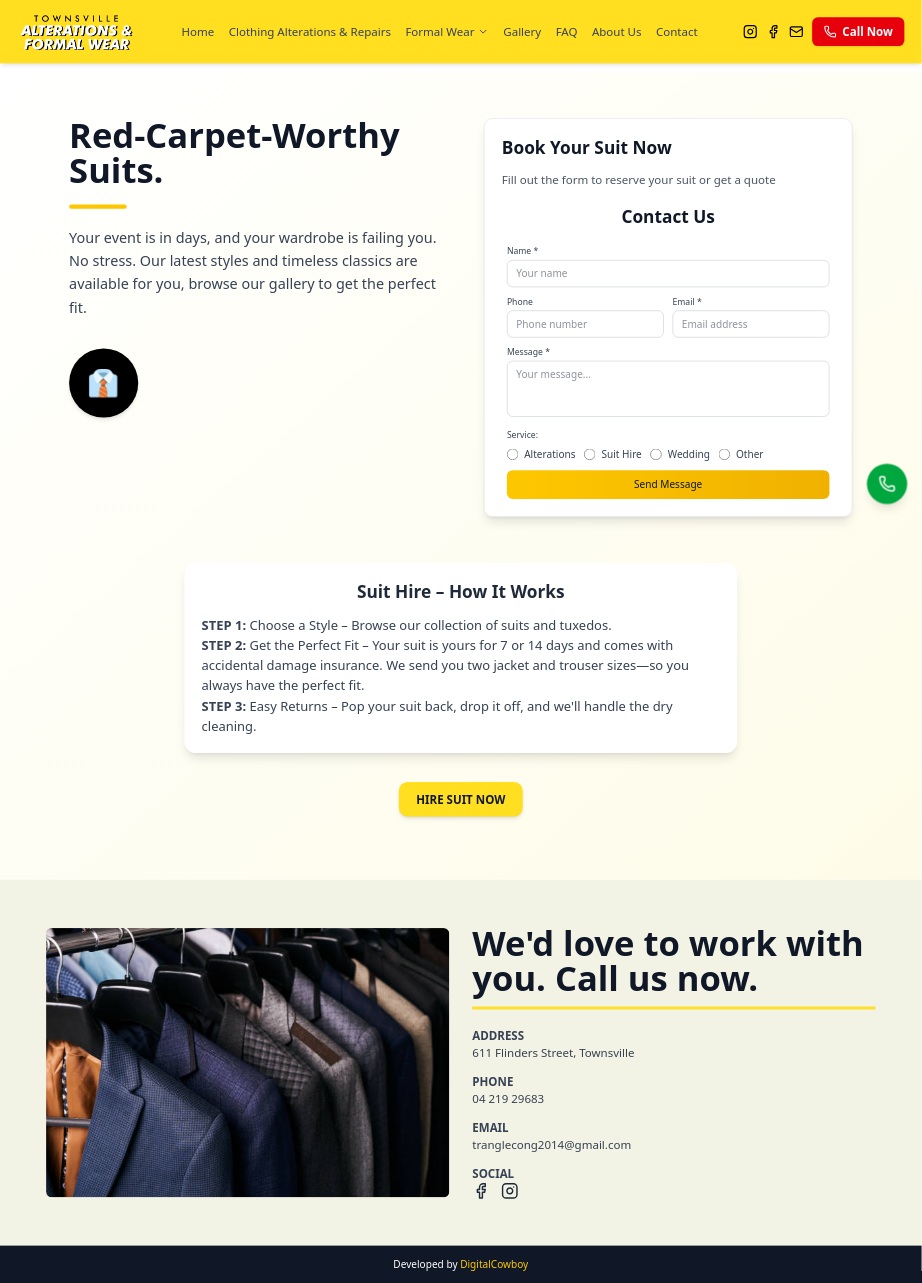
Repository: tarekhasan1/townsville-alteration
Page: /suit-hire
The author's editor kept a copy of each file at every save. The page is drawn from the files as they stood at one save, then again after the next save.
The browser window is 1280 px wide. The pictures show the whole page, at 72% of full size.
The page's requests for data from a server got no answer. The project was rebuilt for these pictures with package versions that can differ from the ones it lists, and the page was loaded fresh each time. The framework's server and built-in components were replaced by stand-ins that run in the browser. No one was signed in, and anything a server would have sent is missing. Also part of the build but not shown: next.config.ts.

Above is the page before, as saved 2026-01-31 11:08:03.

### src/app/layout.tsx
import type { Metadata } from "next";
import Script from "next/script";
import "./globals.css";
import LayoutShell from "@/components/LayoutShell";
import FloatingCallButton from "@/components/FloatingCallButton";
import AnalyticsTracker from "@/components/AnalyticsTracker";

export const metadata: Metadata = {
  title: "Townsville Alterations and Formal Wear | Tailoring, Suit Hire, Alterations",
  description:
    "Townsville Alterations and Formal Wear - Reinvent Your Wardrobe. Hire or tailor-make outfits that turn heads. Expert suit hire, bridal alterations, and tailoring in Townsville.",
  keywords:
    "Townsville Tailoring, Formal Wear Townsville, Suit Hire, Alterations, Wedding Dress Alterations, Custom Tailoring",
  authors: [{ name: "Townsville Alterations & Formal Wear" }],
  creator: "Townsville Alterations & Formal Wear",
  publisher: "Townsville Alterations & Formal Wear",
  robots: "index, follow",
  icons: "/logo.png",
};

export default function RootLayout({
  children,
}: {
  children: React.ReactNode;
}) {
  return (
    <html lang="en">
      <head>
        {/* Google Tag Manager */}
        <Script
          id="gtm-script"
          strategy="afterInteractive"
          dangerouslySetInnerHTML={{
            __html: `
              (function(w,d,s,l,i){w[l]=w[l]||[];
              w[l].push({'gtm.start': new Date().getTime(),event:'gtm.js'});
              var f=d.getElementsByTagName(s)[0],
              j=d.createElement(s),dl=l!='dataLayer'?'&l='+l:'';
              j.async=true;j.src=
              'https://www.googletagmanager.com/gtm.js?id='+i+dl;
              f.parentNode.insertBefore(j,f);
              })(window,document,'script','dataLayer','GTM-WH7KD8GK');
            `,
          }}
        />
        {/* End Google Tag Manager */}
      </head>

      <body>
        {/* Google Tag Manager (noscript) */}
        <noscript>
          <iframe
            src="https://www.googletagmanager.com/ns.html?id=GTM-WH7KD8GK"
            height="0"
            width="0"
            style={{ display: "none", visibility: "hidden" }}
          />
        </noscript>
        {/* End Google Tag Manager (noscript) */}
        <AnalyticsTracker />

        <LayoutShell>{children}</LayoutShell>

        {/* Global Floating Call Button */}
        <FloatingCallButton />
      </body>
    </html>
  );
}

### src/app/suit-hire/page.tsx
import SuitHireSection from '@/components/SuitHireSection';
import React from 'react';

const page = () => {
    return (
        <div className='pt-[100px]'>
            <SuitHireSection/>
        </div>
    );
};

export default page;

### src/app/globals.css
@import "tailwindcss";

:root {
  --background: #ffffff;
  --foreground: #171717;
}

### src/components/LayoutShell.tsx
// components/LayoutShell.tsx
'use client';

import { usePathname } from 'next/navigation';
import Navbar from '@/components/Navbar';
import ContactSection from '@/components/ContactSection';
import DevelopedBy from '@/components/DevelopedBy';

export default function LayoutShell({ children }: { children: React.ReactNode }) {
  const pathname = usePathname();
  const isAdminRoute = pathname.startsWith('/admin');

  return (
    <>
      {!isAdminRoute && <Navbar />}
      {children}
      {!isAdminRoute && (
        <>
          <ContactSection />
          <DevelopedBy />
        </>
      )}
    </>
  );
}

### src/components/FloatingCallButton.tsx
'use client';

import { Phone } from 'lucide-react';

export default function FloatingCallButton() {
  return (
    <a
      href="tel:0421929683" // <-- replace with real number
      aria-label="Call us now"
      className="
        fixed
        bottom-5
        right-5
        z-50
        flex
        items-center
        justify-center
        w-14
        h-14
        rounded-full
        bg-green-600
        text-white
        shadow-lg
        hover:bg-green-700
        active:scale-95
        transition
      "
    >
      <Phone className="w-6 h-6" />
    </a>
  );
}

### src/components/AnalyticsTracker.tsx
/* eslint-disable @typescript-eslint/no-explicit-any */
"use client";

import { usePathname } from "next/navigation";
import { useEffect } from "react";

declare global {
  interface Window {
    dataLayer: any[];
  }
}

export default function AnalyticsTracker() {
  const pathname = usePathname();

  useEffect(() => {
    if (typeof window === "undefined") return;
    if (!window.dataLayer) return;

    window.dataLayer.push({
      event: "pageview",
      page_path: pathname,
    });
  }, [pathname]);

  return null;
}

### src/components/SuitHireSection.tsx
/* eslint-disable react/no-unescaped-entities */
'use client';

import ContactForm from "@/components/ContactForm"; // Import the form

export default function SuitHireSection() {
  return (
    <section
      className="bg-gradient-to-br from-white to-yellow-50 px-6 md:px-12 lg:px-24 text-gray-800 py-16"
      aria-labelledby="suit-hire-section"
    >
      <div className="max-w-7xl mx-auto">
        {/* Top Section: Title + Form Side by Side */}
        <div className="flex flex-col lg:flex-row gap-10 lg:gap-16 items-start mb-16">
          {/* Left Column - Title & Description */}
          <div className="lg:w-1/2">
            <div className="text-center lg:text-left">
              <h2
                id="suit-hire-section"
                className="text-4xl md:text-5xl font-bold text-gray-900"
                aria-describedby="suit-hire-description"
              >
                Red-Carpet-Worthy Suits.
              </h2>
              <hr className="w-20 border-yellow-400 border-[3px] mx-auto lg:mx-0 my-6 rounded-full" />
              <p
                id="suit-hire-description"
                className="text-lg md:text-xl text-gray-700 leading-relaxed"
              >
                Your event is in days, and your wardrobe is failing you. No stress.
                Our latest styles and timeless classics are available for you, browse
                our gallery to get the perfect fit.
              </p>
            </div>

            {/* Suit Icon */}
            <div className="flex justify-center lg:justify-start my-10" role="img" aria-label="Suit icon">
              <div className="w-24 h-24 bg-black rounded-full flex items-center justify-center shadow-md">
                <span className="text-white text-4xl">👔</span>
              </div>
            </div>
          </div>

          {/* Right Column - Contact Form */}
          <div className="lg:w-1/2">
            <div className="bg-white p-6 rounded-xl shadow-lg border border-gray-200">
              <h3 className="text-2xl font-bold text-gray-900 mb-4 text-center lg:text-left">
                Book Your Suit Now
              </h3>
              <p className="text-gray-600 mb-6 text-center lg:text-left">
                Fill out the form to reserve your suit or get a quote
              </p>
              <ContactForm />
            </div>
          </div>
        </div>

        {/* How It Works Section */}
        <div
          className="bg-white shadow-lg rounded-2xl p-6 max-w-3xl mx-auto text-left space-y-4 text-gray-700 text-base md:text-lg"
          aria-labelledby="how-it-works-title"
        >
          <h3
            id="how-it-works-title"
            className="text-2xl font-semibold text-gray-800 text-center"
          >
            Suit Hire – How It Works
          </h3>
          <div>
            <p>
              <strong>STEP 1:</strong> Choose a Style – Browse our collection of suits and tuxedos.
            </p>
            <p>
              <strong>STEP 2:</strong> Get the Perfect Fit – Your suit is yours for 7 or 14 days and comes with accidental damage insurance. We send you two jacket and trouser sizes—so you always have the perfect fit.
            </p>
            <p>
              <strong>STEP 3:</strong> Easy Returns – Pop your suit back, drop it off, and we'll handle the dry cleaning.
            </p>
          </div>
        </div>

        <div className="flex justify-center mt-10">
          <a
            href="mailto:tranglecong2014@gmail.com?subject=Suit Hire Inquiry"
            className="bg-yellow-300 text-gray-900 font-semibold hover:bg-yellow-400 transition px-6 py-3 rounded-xl shadow-md mb-6"
            aria-label="Hire a suit now via email"
          >
            HIRE SUIT NOW
          </a>
        </div>
      </div>
    </section>
  );
}

### src/components/ContactSection.tsx
'use client';

import Image from 'next/image';
import { Facebook, Instagram } from 'lucide-react';

export default function ContactSection() {
  return (
    <footer
      id="contact"
      aria-labelledby="contact-us"
      className="bg-[#f2f2e5] p-8 md:p-12 lg:p-16"
    >
      <div className="mx-auto grid grid-cols-1 md:grid-cols-2 gap-8 items-center">
        <div className="w-full h-auto relative">
          <Image
            src="/tailored-suit.jpg"
            alt="Tailored suits on hangers"
            width={600}
            height={400}
            className="rounded-lg"
            priority
          />
        </div>
        <div className="space-y-6 text-center md:text-left">
          <h2
            id="contact-us"
            className="text-4xl md:text-5xl font-bold text-gray-900 mb-4"
          >
            We&apos;d love to work with you. Call us now.
          </h2>
          <hr className="border-yellow-300 border-[2px]" />
          <div className="space-y-4 text-gray-700">
            <div>
              <h3 className="font-semibold">ADDRESS</h3>
              <p>611 Flinders Street, Townsville</p>
            </div>
            <div>
              <h3 className="font-semibold">PHONE</h3>
              <p>04 219 29683</p>
            </div>
            <div>
              <h3 className="font-semibold">EMAIL</h3>
              <p>
                <a
                  href="mailto:tranglecong2014@gmail.com"
                  className="hover:text-gray-600"
                  aria-label="Email us at sales@tsvalterationsandformalwear.com"
                >
                  tranglecong2014@gmail.com
                </a>
              </p>
            </div>
            <div>
              <h3 className="font-semibold">SOCIAL</h3>
              <div className="flex justify-center md:justify-start space-x-4 text-xl">
                <a
                  target="_blank"
                  href="https://www.facebook.com/DressmakingAlterationsTownsville"
                  aria-label="Facebook - Townsville Alterations and Formal Wear"
                  className="text-gray-800 hover:text-gray-600"
                >
                  <Facebook size={24} />
                </a>
                <a
                  target="_blank"
                  href="https://www.instagram.com/tsvalterationformal?igsh=bXJkaXp3eXN4Yml2"
                  aria-label="Instagram - Townsville Alterations and Formal Wear"
                  className="text-gray-800 hover:text-gray-600"
                >
                  <Instagram size={24} />
                </a>
              </div>
            </div>
          </div>
        </div>
      </div>
    </footer>
  );
}

### src/components/DevelopedBy.tsx
// components/DevelopedBy.js

import React from 'react';

const DevelopedBy = () => {
  return (
    <footer className="bg-gray-900 text-white text-center py-4">
      <p className="text-sm">
        Developed by{' '}
        <a
          href="https://digitalcowboy.com.au"
          className="text-yellow-400 hover:underline"
          target="_blank"
          rel="noopener noreferrer"
        >
          DigitalCowboy
        </a>
      </p>
    </footer>
  );
};

export default DevelopedBy;

### actions/contact.action.ts
/* eslint-disable @typescript-eslint/no-explicit-any */
/* eslint-disable @typescript-eslint/no-unused-vars */
// lib/contact.actions.ts
'use client';

import {
  collection,
  addDoc,
  getDocs,
  query,
  orderBy,
  where,
  Timestamp,
  updateDoc,
  doc,
  deleteDoc,
  DocumentData,
  QuerySnapshot,
  QueryDocumentSnapshot
} from "firebase/firestore";
import { db } from "@/firebase/config";

export interface ContactMessage {
  id?: string;
  name: string;
  email: string;
  phone: string;
  message: string;
  service?: string;
  status: 'new' | 'responded' | 'archived';
  createdAt: Date;
  respondedAt?: Date;
  adminNotes?: string;
  adminResponder?: string;
}

export interface SubmitContactFormData {
  name: string;
  email: string;
  phone: string;
  message: string;
  service?: string;
}

export interface SubmitResult {
  success: boolean;
  messageId?: string;
  error?: string;
}

export interface FetchMessagesResult {
  messages: ContactMessage[];
  total: number;
}

export interface UpdateMessageData {
  status?: 'new' | 'responded' | 'archived';
  adminNotes?: string;
  adminResponder?: string;
}

// Submit contact form data to database
export const submitContactForm = async (data: SubmitContactFormData): Promise<SubmitResult> => {
  try {
    const messagesRef = collection(db, 'messages');

    const messageData = {
      name: data.name.trim(),
      email: data.email.trim(),
      phone: data.phone?.trim() || '',
      message: data.message.trim(),
      service: data.service?.toLowerCase() || '',
      status: 'new' as const,
      createdAt: Timestamp.now(),
      respondedAt: null,
      adminNotes: '',
      adminResponder: ''
    };

    const docRef = await addDoc(messagesRef, messageData);

    return {
      success: true,
      messageId: docRef.id
    };
  } catch (error) {
    console.error('Error submitting contact form:', error);
    return {
      success: false,
      error: error instanceof Error ? error.message : 'Failed to submit form'
    };
  }
};

// Fetch all messages with optional filtering and sorting
export const fetchMessages = async (
  status?: ContactMessage['status'],
  limit?: number,
  sortBy: 'createdAt' | 'name' = 'createdAt',
  sortOrder: 'asc' | 'desc' = 'desc'
): Promise<FetchMessagesResult> => {
  try {
    const messagesRef = collection(db, 'messages');
    let q = query(messagesRef, orderBy(sortBy, sortOrder));

    if (status) {
      q = query(messagesRef, where('status', '==', status), orderBy(sortBy, sortOrder));
    }

    const snapshot = await getDocs(q);
    let messages = snapshot.docs.map(doc => {
      const data = doc.data();
      return {
        id: doc.id,
        name: data.name,
        email: data.email,
        phone: data.phone,
        message: data.message,
        service: data.service,
        status: data.status,
        createdAt: data.createdAt?.toDate() || new Date(),
        respondedAt: data.respondedAt?.toDate(),
        adminNotes: data.adminNotes,
        adminResponder: data.adminResponder
      };
    });

    if (limit) {
      messages = messages.slice(0, limit);
    }

    return {
      messages,
      total: snapshot.size
    };
  } catch (error) {
    console.error('Error fetching messages:', error);
    throw new Error('Failed to fetch messages');
  }
};

// Fetch a single message by ID
export const fetchMessageById = async (id: string): Promise<ContactMessage | null> => {
  try {
    const messagesRef = collection(db, 'messages');
    const q = query(messagesRef, where('__name__', '==', id));
    const snapshot = await getDocs(q);

    if (snapshot.empty) {
      return null;
    }

    const doc = snapshot.docs[0];
    const data = doc.data();

    return {
      id: doc.id,
      name: data.name,
      email: data.email,
      phone: data.phone,
      message: data.message,
      service: data.service,
      status: data.status,
      createdAt: data.createdAt?.toDate() || new Date(),
      respondedAt: data.respondedAt?.toDate(),
      adminNotes: data.adminNotes,
      adminResponder: data.adminResponder
    };
  } catch (error) {
    console.error('Error fetching message:', error);
    throw new Error('Failed to fetch message');
  }
};

// Update message (admin response)
export const updateMessage = async (
  messageId: string,
  updateData: UpdateMessageData
): Promise<boolean> => {
  try {
    const messageRef = doc(db, 'messages', messageId);

    const updateObject: any = {};

    if (updateData.status) {
      updateObject.status = updateData.status;
      if (updateData.status === 'responded') {
        updateObject.respondedAt = Timestamp.now();
      }
    }

    if (updateData.adminNotes !== undefined) {
      updateObject.adminNotes = updateData.adminNotes;
    }

    if (updateData.adminResponder !== undefined) {
      updateObject.adminResponder = updateData.adminResponder;
    }

    await updateDoc(messageRef, updateObject);
    return true;
  } catch (error) {
    console.error('Error updating message:', error);
    throw new Error('Failed to update message');
  }
};

// Mark message as responded
export const markAsResponded = async (
  messageId: string,
  adminName: string,
  adminNotes?: string
): Promise<boolean> => {
  try {
    const messageRef = doc(db, 'messages', messageId);

    await updateDoc(messageRef, {
      status: 'responded',
      respondedAt: Timestamp.now(),
      adminResponder: adminName,
      adminNotes: adminNotes || ''
    });

    return true;
  } catch (error) {
    console.error('Error marking message as responded:', error);
    throw new Error('Failed to mark message as responded');
  }
};

// Delete message
export const deleteMessage = async (messageId: string): Promise<boolean> => {
  try {
    const messageRef = doc(db, 'messages', messageId);
    await deleteDoc(messageRef);
    return true;
  } catch (error) {
    console.error('Error deleting message:', error);
    throw new Error('Failed to delete message');
  }
};

// Archive message
export const archiveMessage = async (messageId: string): Promise<boolean> => {
  try {
    return await updateMessage(messageId, { status: 'archived' });
  } catch (error) {
    console.error('Error archiving message:', error);
    throw new Error('Failed to archive message');
  }
};

// Get message statistics
export const getMessageStats = async (): Promise<{
  total: number;
  new: number;
  responded: number;
  archived: number;
}> => {
  try {
    const messagesRef = collection(db, 'messages');
    const snapshot = await getDocs(messagesRef);

    const stats = {
      total: 0,
      new: 0,
      responded: 0,
      archived: 0
    };

    snapshot.forEach(doc => {
      const data = doc.data();
      stats.total++;

      switch (data.status) {
        case 'new':
          stats.new++;
          break;
        case 'responded':
          stats.responded++;
          break;
        case 'archived':
          stats.archived++;
          break;
      }
    });

    return stats;
  } catch (error) {
    console.error('Error fetching message stats:', error);
    throw new Error('Failed to fetch message statistics');
  }
};

// Search messages by name or email
export const searchMessages = async (searchTerm: string): Promise<ContactMessage[]> => {
  try {
    // Note: Firestore doesn't support OR queries directly with different fields
    // We'll fetch all and filter client-side for small datasets
    // For larger datasets, consider using a search index like Algolia

    const messagesRef = collection(db, 'messages');
    const snapshot = await getDocs(messagesRef);

    const searchLower = searchTerm.toLowerCase();

    const messages = snapshot.docs
      .map(doc => {
        const data = doc.data();
        return {
          id: doc.id,
          name: data.name,
          email: data.email,
          phone: data.phone,
          message: data.message,
          service: data.service,
          status: data.status,
          createdAt: data.createdAt?.toDate() || new Date(),
          respondedAt: data.respondedAt?.toDate(),
          adminNotes: data.adminNotes,
          adminResponder: data.adminResponder
        };
      })
      .filter(message =>
        message.name.toLowerCase().includes(searchLower) ||
        message.email.toLowerCase().includes(searchLower) ||
        message.message.toLowerCase().includes(searchLower)
      );

    return messages;
  } catch (error) {
    console.error('Error searching messages:', error);
    throw new Error('Failed to search messages');
  }
};

### src/firebase/config.ts
// Import the functions you need from the SDKs you need
import { initializeApp } from "firebase/app";
import { getFirestore } from 'firebase/firestore';
import { getStorage } from 'firebase/storage';
// TODO: Add SDKs for Firebase products that you want to use
// https://firebase.google.com/docs/web/setup#available-libraries

// Your web app's Firebase configuration
const firebaseConfig = {
  apiKey: process.env.NEXT_PUBLIC_FIREBASE_API_KEY,
  authDomain: process.env.NEXT_PUBLIC_FIREBASE_AUTH_DOMAIN,
  projectId: process.env.NEXT_PUBLIC_FIREBASE_PROJECT_ID,
  storageBucket: process.env.NEXT_PUBLIC_FIREBASE_STORAGE_BUCKET,
  messagingSenderId: process.env.NEXT_PUBLIC_FIREBASE_MESSAGING_SENDER_ID,
  appId: process.env.NEXT_PUBLIC_FIREBASE_APP_ID
};

// Initialize Firebase
const app = initializeApp(firebaseConfig);
export const db = getFirestore(app);
export const storage = getStorage(app);

Loaded but not shown: src/components/ContactForm.tsx (255 lines, source omitted); src/components/Navbar.tsx (201 lines, source omitted)

After the next save:
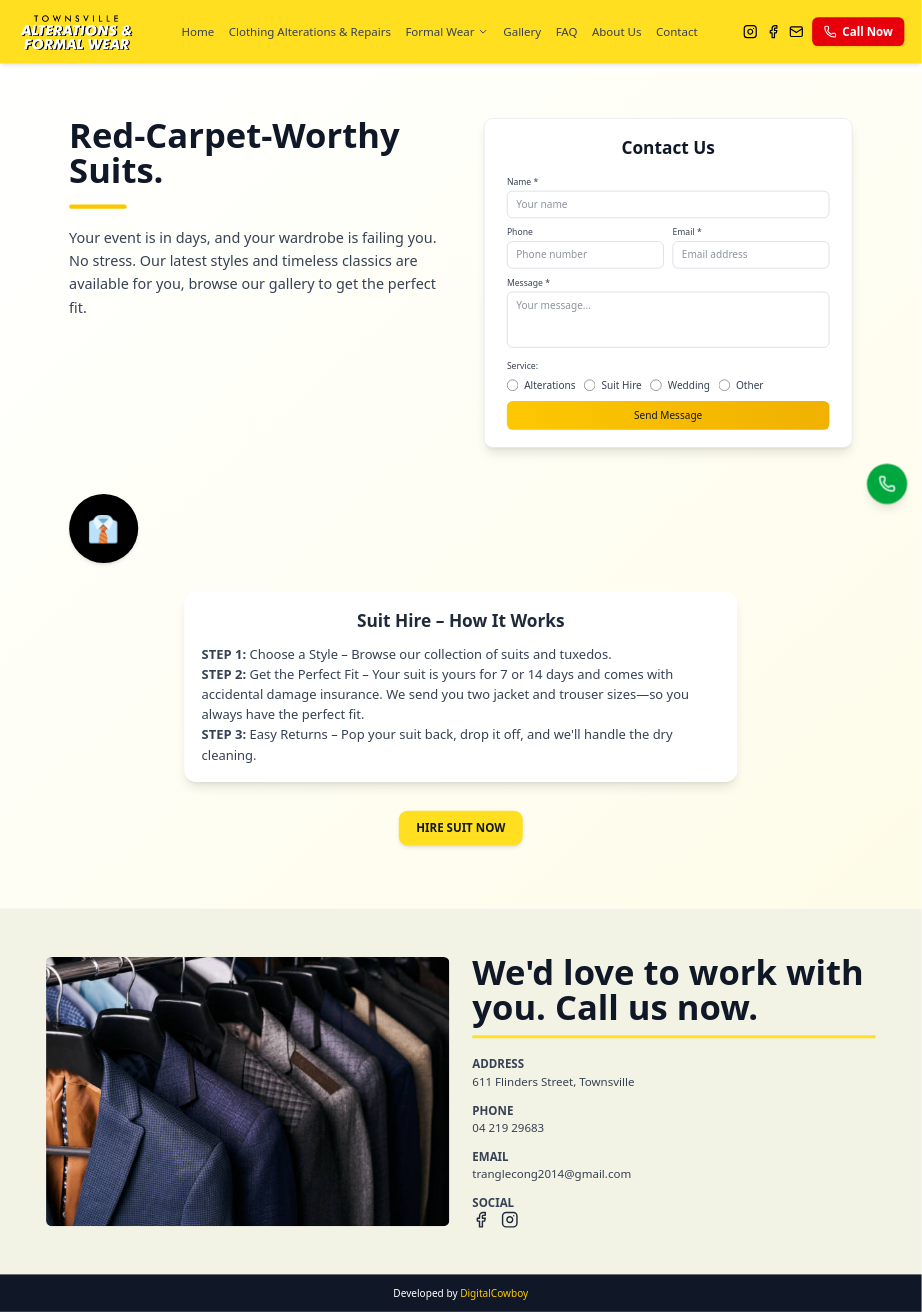
Saved 77 s later.
--- a/src/components/SuitHireSection.tsx
+++ b/src/components/SuitHireSection.tsx
@@ -32,30 +32,23 @@ export default function SuitHireSection() {
                 our gallery to get the perfect fit.
               </p>
             </div>
-
-            {/* Suit Icon */}
-            <div className="flex justify-center lg:justify-start my-10" role="img" aria-label="Suit icon">
-              <div className="w-24 h-24 bg-black rounded-full flex items-center justify-center shadow-md">
-                <span className="text-white text-4xl">👔</span>
-              </div>
-            </div>
           </div>
 
           {/* Right Column - Contact Form */}
           <div className="lg:w-1/2">
-            <div className="bg-white p-6 rounded-xl shadow-lg border border-gray-200">
-              <h3 className="text-2xl font-bold text-gray-900 mb-4 text-center lg:text-left">
-                Book Your Suit Now
-              </h3>
-              <p className="text-gray-600 mb-6 text-center lg:text-left">
-                Fill out the form to reserve your suit or get a quote
-              </p>
+            <div className="bg-white p-6 rounded-xl shadow-lg border border-gray-200 flex items-center justify-center w-full">
               <ContactForm />
             </div>
           </div>
         </div>
 
         {/* How It Works Section */}
+                    {/* Suit Icon */}
+            <div className="flex justify-center lg:justify-start my-10" role="img" aria-label="Suit icon">
+              <div className="w-24 h-24 bg-black rounded-full flex items-center justify-center shadow-md">
+                <span className="text-white text-4xl">👔</span>
+              </div>
+            </div>
         <div
           className="bg-white shadow-lg rounded-2xl p-6 max-w-3xl mx-auto text-left space-y-4 text-gray-700 text-base md:text-lg"
           aria-labelledby="how-it-works-title"
